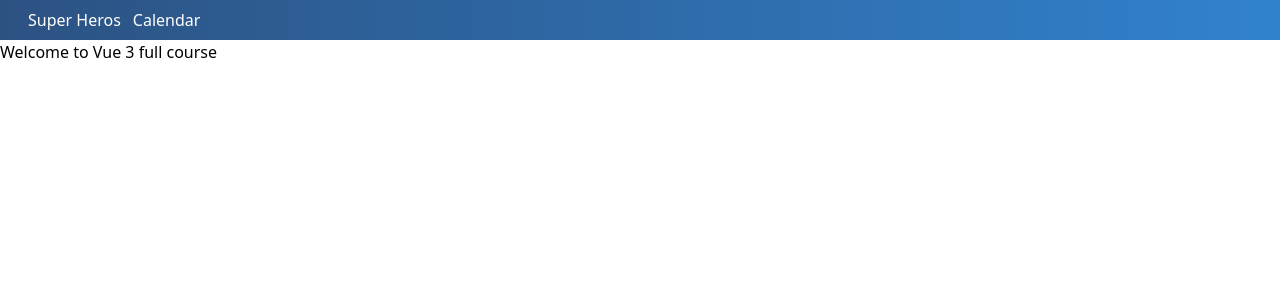
Repository: kshvkndl/VueFullCoursePractice
Page: /home
The author's editor kept a copy of each file at every save. The page is drawn from the files as they stood at one save, then again after the next save.
The browser window is 1280 px wide. The pictures show the whole page.
The project was rebuilt for these pictures with package versions that can differ from the ones it lists, and the page was loaded fresh each time. Also part of the build but not shown: src/components/SuperHeros.vue, src/components/Calender.vue.

Above is the page before, as saved 2020-11-19 10:46:14.

### src/main.js
import { createApp } from 'vue'
import App from './App.vue'
import './assets/style.css'
import router from './router'

const app = createApp(App);
app.use(router);
app.mount('#app');

### src/App.vue
<template>
  <AppHeader></AppHeader>
  <div class="w-full flex">
    <router-view></router-view>
  </div>
</template>

<script>
import AppHeader from "@/components/AppHeader";
export default {
  components: { AppHeader },
};
</script>

### src/router.js
import { createRouter, createWebHistory } from 'vue-router';
import SuperHeros from '@/components/SuperHeros'
import Calender from '@/components/Calender'
import Home from '@/components/Home'


const routes = [
    { path: '/home', component: Home },
    { path: '/super-heros', component: SuperHeros },
    { path: '/calendar', component: Calender }
]

const router = createRouter({
    history: createWebHistory(),
    routes,
});
export default router;

### src/components/AppHeader.vue
<template>
  <nav
    class="w-full bg-gradient-to-r from-blue-800 to-blue-600 text-white px-4 py-2"
  >
    <router-link class="mx-3" to="/super-heros">Super Heros</router-link>
    <router-link to="/calendar">Calendar</router-link>
  </nav>
</template>


<script>
export default {};
</script>

### src/components/Home.vue
<template>
  <h1>Welcome to Vue 3 full course</h1>
</template>

<script>
export default {};
</script>

Loaded but not shown: public/index.html (common file); src/assets/style.css (common file); tailwind.config.js (common file)

After the next save:
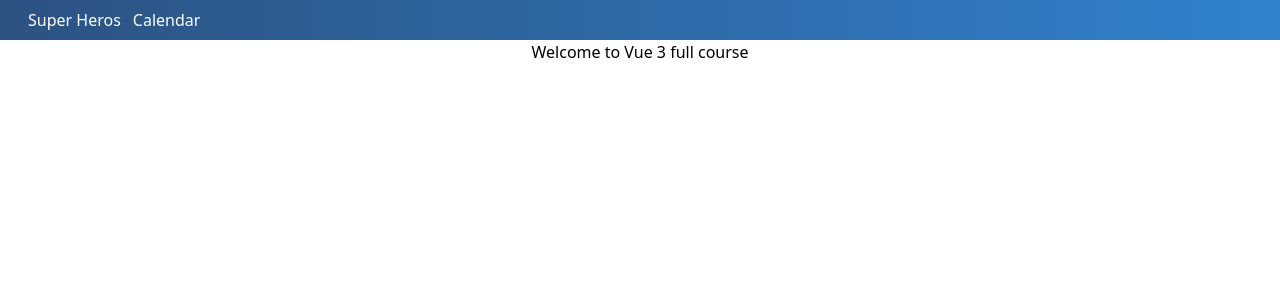
Saved 40 s later.
--- a/src/components/Home.vue
+++ b/src/components/Home.vue
@@ -1,5 +1,7 @@
 <template>
-  <h1>Welcome to Vue 3 full course</h1>
+  <div class="m-auto">
+    <h1 class="text-center">Welcome to Vue 3 full course</h1>
+  </div>
 </template>
 
 <script>
